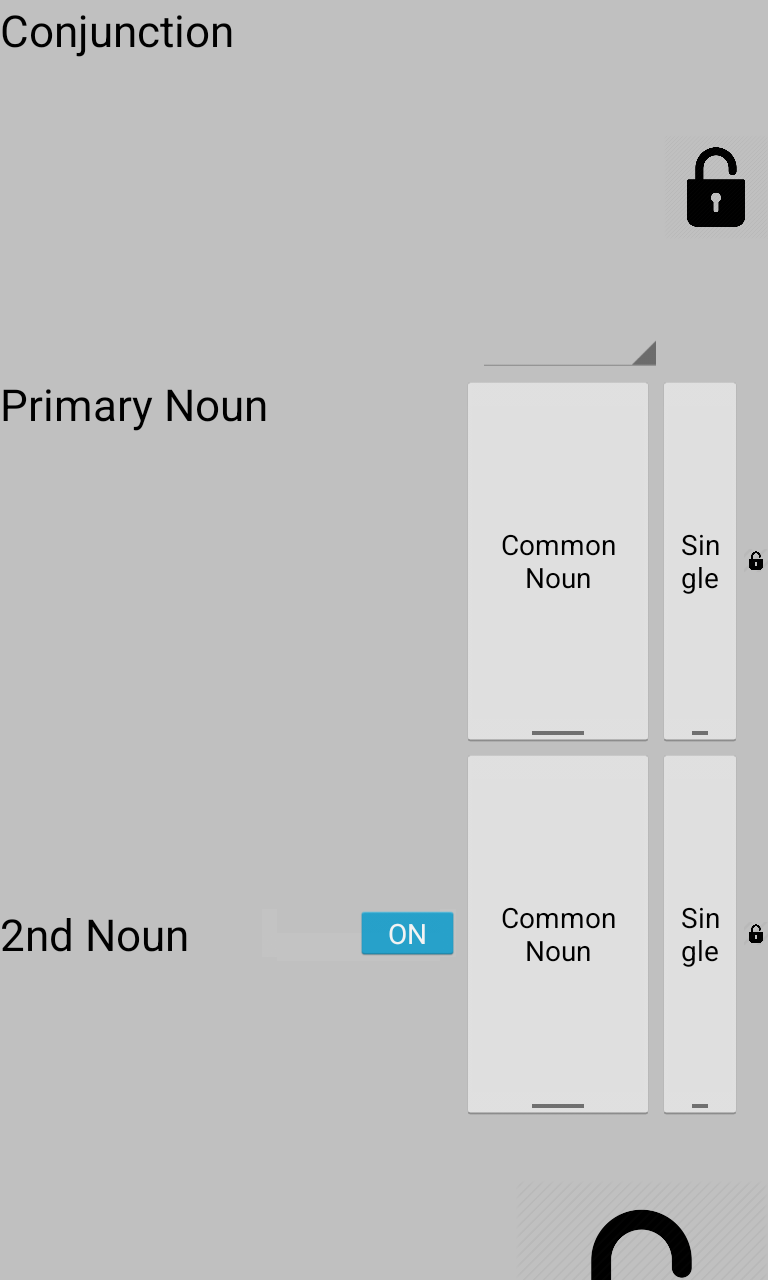
Repository: TheDizzler/TableTopTools
Layout: RPGTools/res/layout/fragment_cause_controls.xml
These files come from the project's save history. The layout is drawn as it stood at one moment and after the next save; the edit follows.
It is drawn on a 768 x 1280 px phone screen (xhdpi) without system bars, with theme AppTheme; the app's code is not run.

Above is the layout before, as saved 2017-03-22 09:17:47.

After the next save:
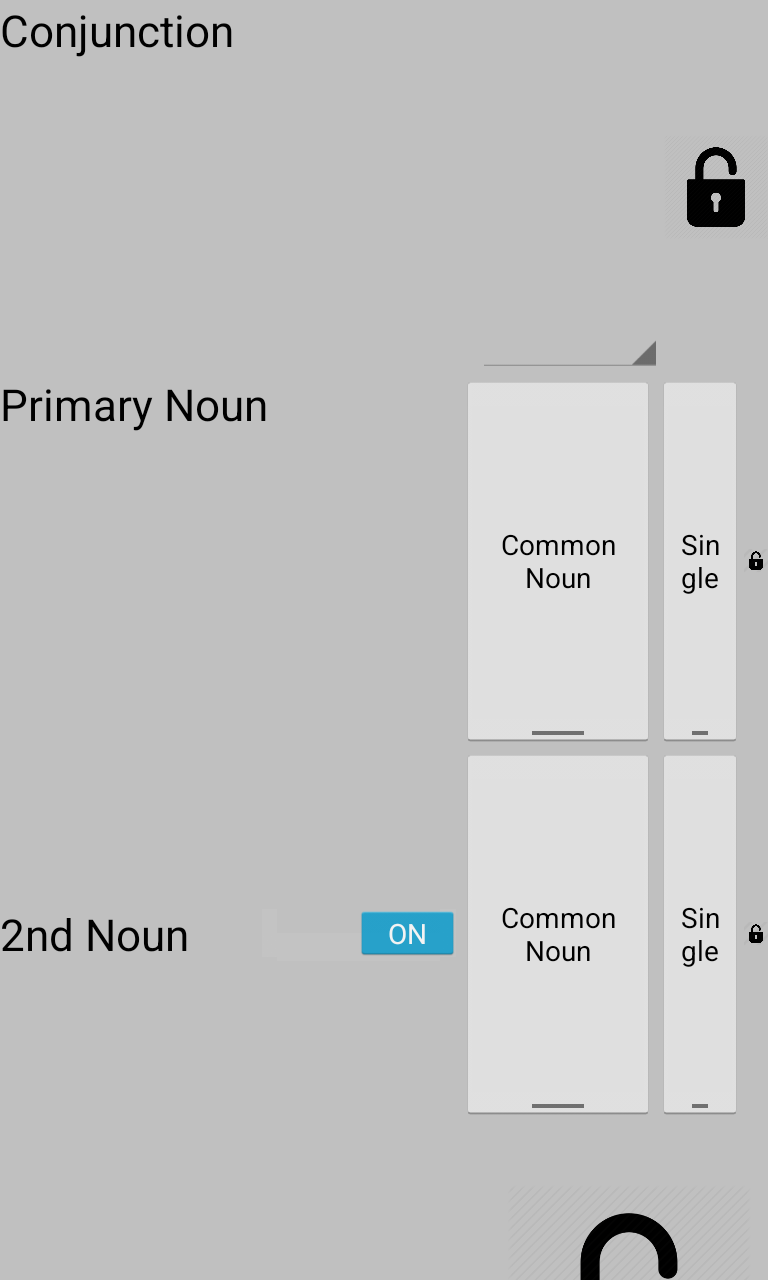
Saved 11 s later.
--- a/RPGTools/res/layout/fragment_cause_controls.xml
+++ b/RPGTools/res/layout/fragment_cause_controls.xml
@@ -153,7 +153,7 @@
         android:layout_width="match_parent"
         android:layout_height="wrap_content"
         android:layout_weight="1"
-        android:weightSum="2" >
+        android:weightSum="4" >
 
         <Switch
             android:id="@+id/switch_secondaryAdjective"
